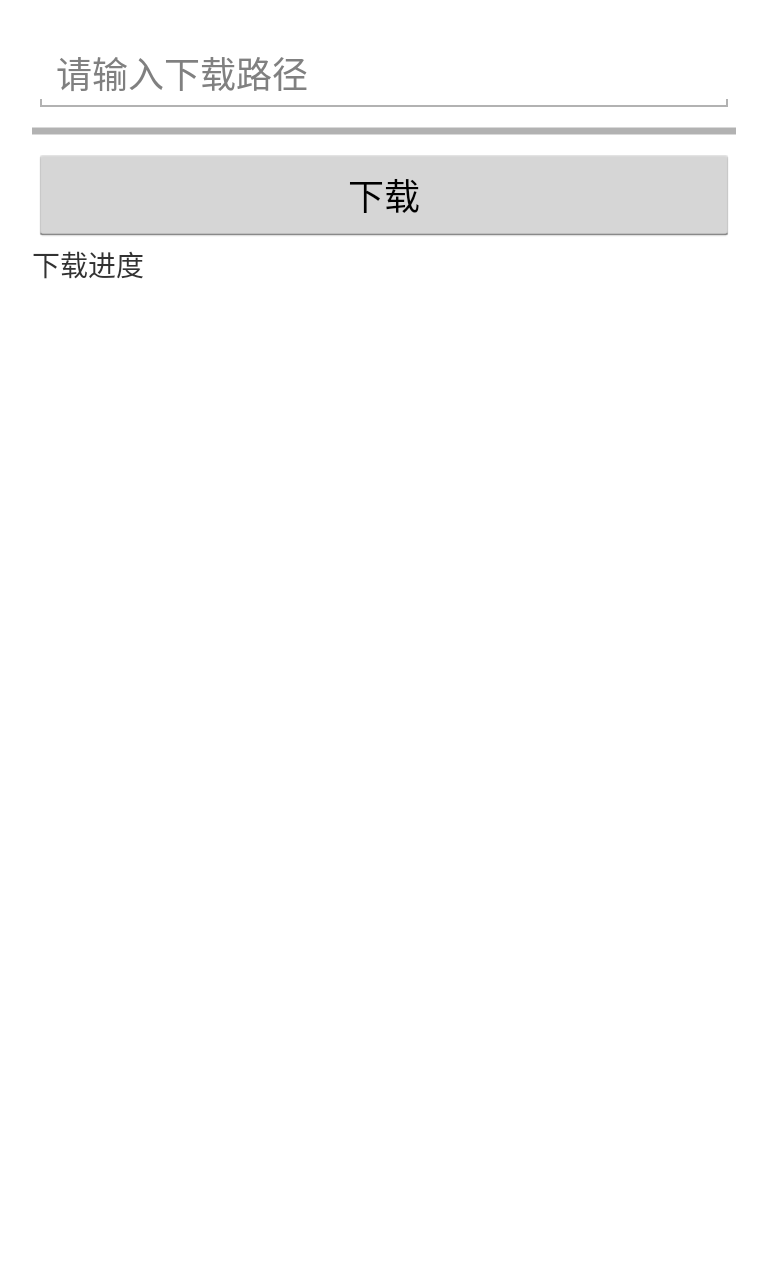
Repository: DongHuaLu/android
Layout: 22MutilDownloader/res/layout/activity_main.xml
The author's editor kept a copy of each file at every save. The layout is drawn from the files as they stood at one save, then again after the next save.
It is drawn on a 768 x 1280 px phone screen (xhdpi) without system bars, with theme AppTheme; the app's code is not run.

Above is the layout before, as saved 2013-08-28 05:54:47.

### 22MutilDownloader/res/layout/activity_main.xml
<LinearLayout xmlns:android="http://schemas.android.com/apk/res/android"
    xmlns:tools="http://schemas.android.com/tools"
    android:layout_width="match_parent"
    android:layout_height="match_parent"
    android:orientation="vertical"
    android:paddingBottom="@dimen/activity_vertical_margin"
    android:paddingLeft="@dimen/activity_horizontal_margin"
    android:paddingRight="@dimen/activity_horizontal_margin"
    android:paddingTop="@dimen/activity_vertical_margin"
    tools:context=".MainActivity" >

    <EditText
        android:id="@+id/et"
        android:layout_width="match_parent"
        android:layout_height="wrap_content"
        android:hint="请输入下载路径" />

    <ProgressBar
        android:id="@+id/pb"
        style="?android:attr/progressBarStyleHorizontal"
        android:layout_width="fill_parent"
        android:layout_height="wrap_content" />

    <Button
        android:layout_width="match_parent"
        android:layout_height="wrap_content"
        android:onClick="click"
        android:text="下载" />

    <TextView
        android:id="@+id/tv"
        android:layout_width="fill_parent"
        android:layout_height="wrap_content"
        android:text="下载进度" />

</LinearLayout>

Loaded but not shown: 22MutilDownloader/res/values/styles.xml (common file); 22MutilDownloader/res/values-v11/styles.xml (common file); 22MutilDownloader/res/values-v14/styles.xml (common file); 22MutilDownloader/res/values/dimens.xml (common file)

After the next save:
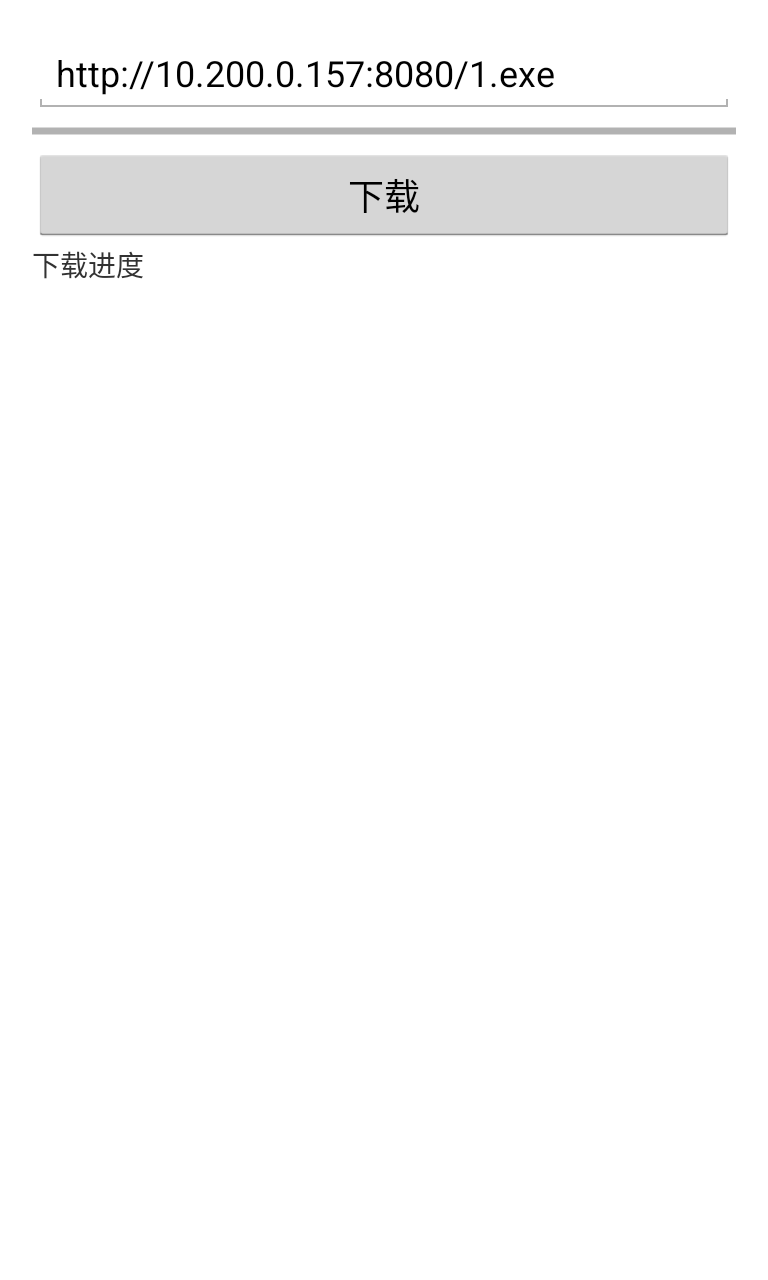
Saved 26 s later.
--- a/22MutilDownloader/res/layout/activity_main.xml
+++ b/22MutilDownloader/res/layout/activity_main.xml
@@ -11,6 +11,7 @@
 
     <EditText
         android:id="@+id/et"
+        android:text="http://10.200.0.157:8080/1.exe"
         android:layout_width="match_parent"
         android:layout_height="wrap_content"
         android:hint="请输入下载路径" />
